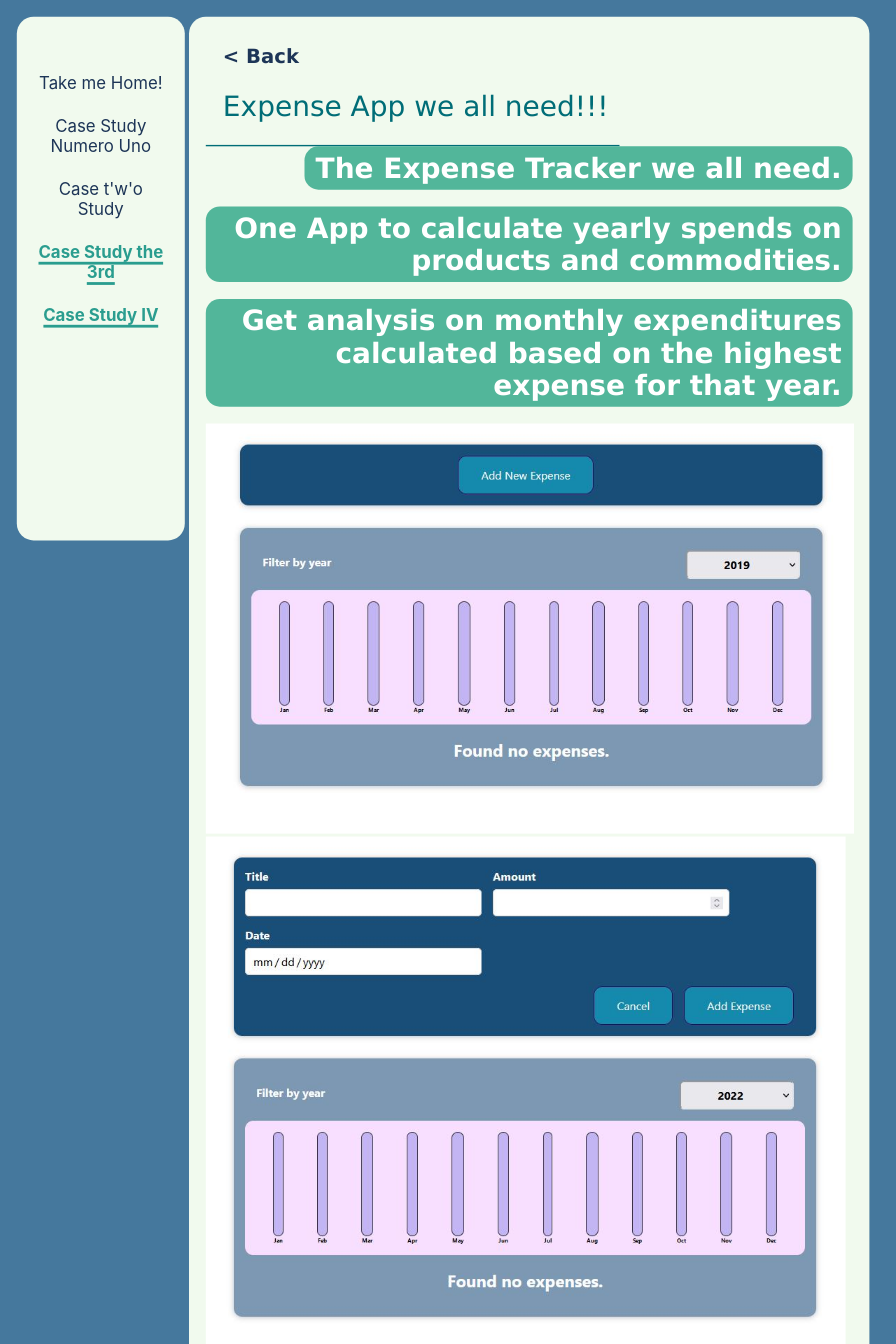
Repository: niranjangp/portfolioReact
Page: /cs-three
These files come from the project's save history. The page is drawn as it stood at one moment and after the next save; the edit follows.
The browser window is 1280 px wide. The pictures show the part of the page from y = 0 to 1920 px (the page is 4315 px tall before and 4395 px after), at 70% of full size.
The project was rebuilt for these pictures with package versions that can differ from the ones it lists, and the page was loaded fresh each time. Also part of the build but not shown: src/pages/enterDesign.jsx, src/pages/csOne.jsx, src/pages/csTwo.jsx, src/pages/notFound.jsx.

Above is the page before, as saved 2022-02-01 18:28:37.

After the next save:
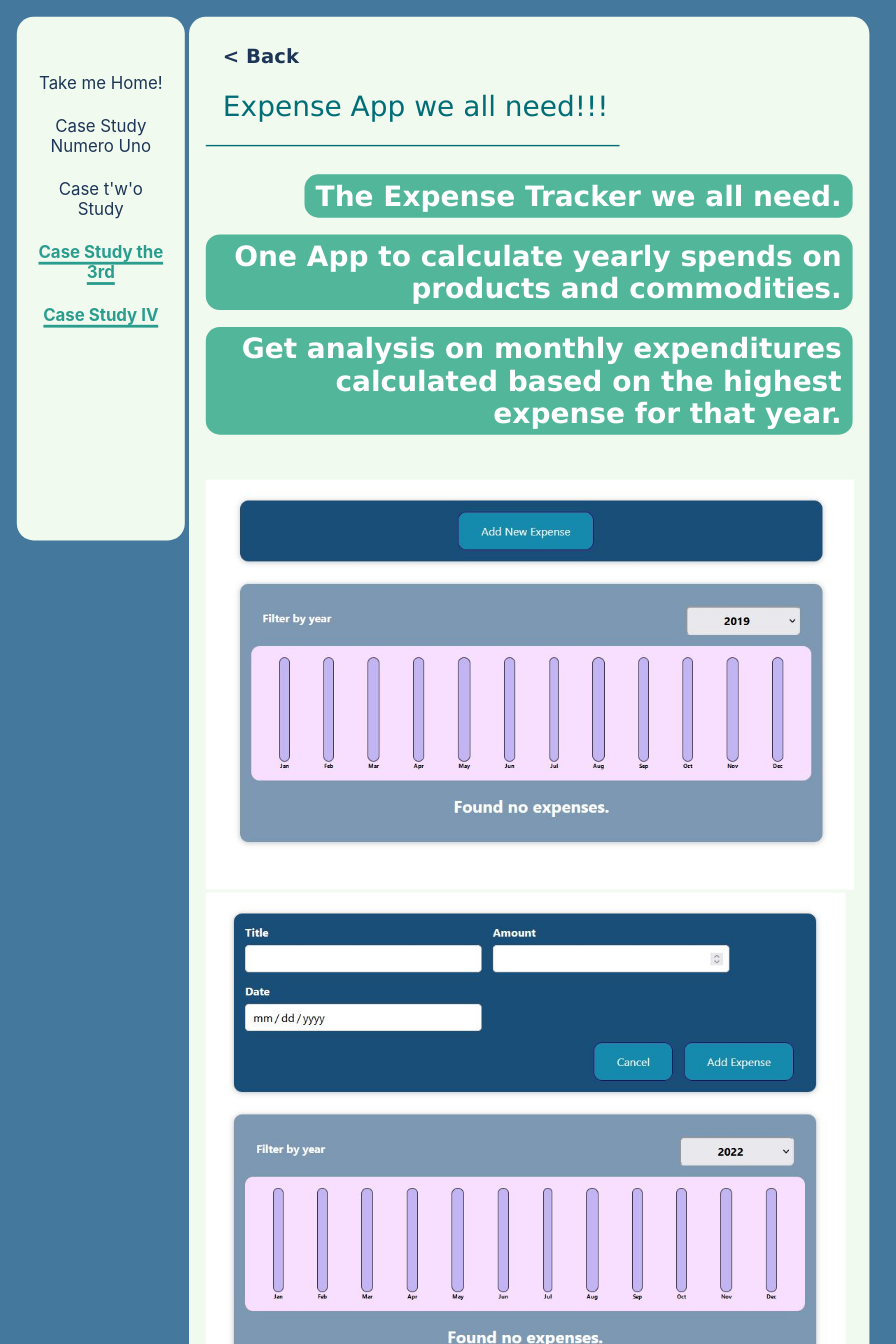
Saved 42 s later.
--- a/src/App.css
+++ b/src/App.css
@@ -339,6 +339,7 @@ footer {
 
 .right-content {
   text-align: right;
+  margin: 40px 0;
 }
 
 .exp-para {
